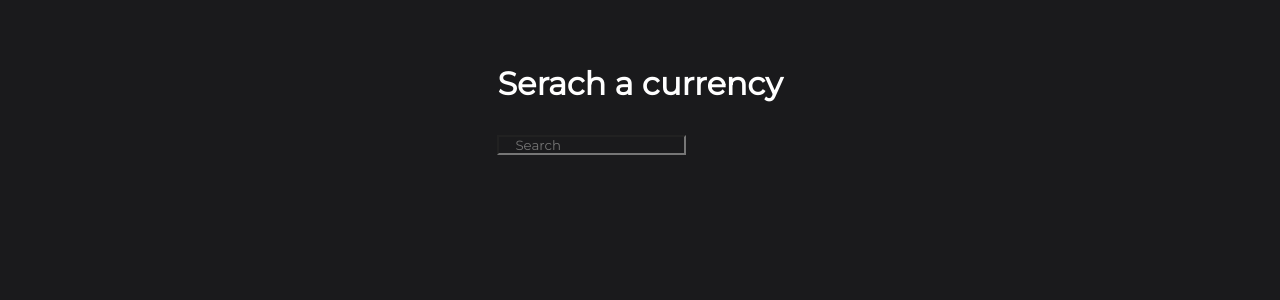
Repository: Malooyyy/crypto-tracker
Page: /
The author's editor kept a copy of each file at every save. The page is drawn from the files as they stood at one save, then again after the next save.
The browser window is 1280 px wide. The pictures show the whole page.
The page's requests for data from a server got no answer. The project was rebuilt for these pictures with package versions that can differ from the ones it lists, and the page was loaded fresh each time. No one was signed in, and anything a server would have sent is missing. Also part of the build but not shown: src/Coin.css, src/Coin.js.

Above is the page before, as saved 2022-06-29 00:09:14.

### src/index.css
@import url('https://fonts.googleapis.com/css2?family=Montserrat&display=swap');

* {
  box-sizing: border-box;
  margin: 0;
  padding: 0;
  font-family: 'Montserrat', sans-serif;
  background-color: #1a1a1c;
  color: #fff;
}

.coin-app {
  display: flex;
  flex-direction: column;
  align-items: center;
  margin-top: 64px;
  color: #fff;
}

.coin-search {
  margin-bottom: 64px;
  display: flex;
  flex-direction: column;
  justify-content: center;
  align-items: center;
}

.coin-text {
  margin-bottom: 32px;
  text-align: center;
}

.coin-input {
  padding-left: 16px;
}

### src/App.js
import React, {useEffect, useState} from 'react';
import axios from 'axios';
import Coin from './Coin.js'


function App() {
  const[coins, setCoins] = useState([]);
  const [search, setSearch] = useState('')

  useEffect(() => {
    axios
    .get('https://api.coingecko.com/api/v3/coins/markets?vs_currency=usd&order=market_cap_desc&per_page=100&page=1&sparkline=false')
    .then(res => {
      setCoins(res.data);
    })
    .catch( error => console.log(error));
  }, []);

  const handleChange = e => {
    setSearch(e.target.value)
  }

  const filteredCoins = coins.filter(coin =>
    coin.name.toLowerCase().includes(search.toLowerCase())
    )

  return (
    <div className="coin-app">
      <div className="coin-serach">
        <h1 className="coin-text">Serach a currency</h1>
        <form>
          <input placeholder='Search' className='coin-input' type="text" onChange={handleChange} />
        </form>
      </div>
      {filteredCoins.map(coin => {
        return (
          <Coin key={coin.id}
          name={coin.name}
          image={coin.image}
          symbol={coin.symbol}
          marketcap={coin.market_cap}
          price={coin.current_price}
          priceChange={coin.price_change_percentage_24h}
          volume={coin.total_volume}
          />
        );
      })}
    </div>
  );
}

export default App;

Loaded but not shown: public/index.html (common file); src/index.js (common file)

After the next save:
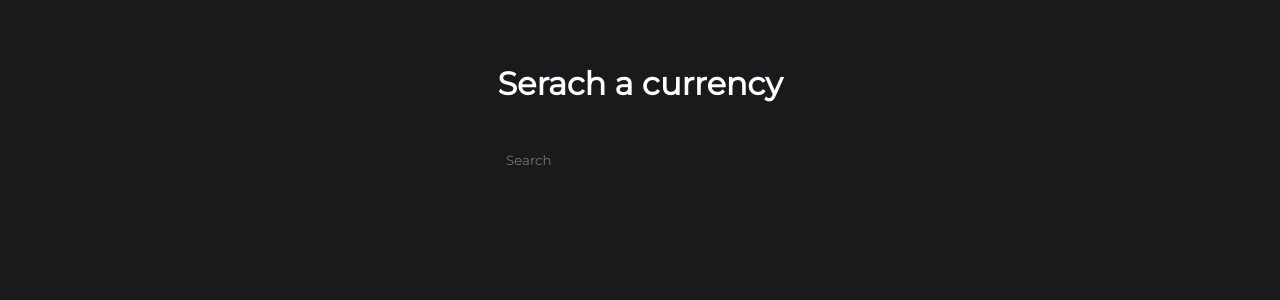
Saved 2 min 20 s later.
--- a/src/index.css
+++ b/src/index.css
@@ -32,4 +32,10 @@
 
 .coin-input {
   padding-left: 16px;
+  width: 300px;
+  height: 50px;
+  border-radius: 4px;
+  border: none;
+  border-image: Linear-gradient(-225deg, #ac32e4 0%, #7918f2, #4801ff 100%);
+  color: #e2e2e2;
 }
